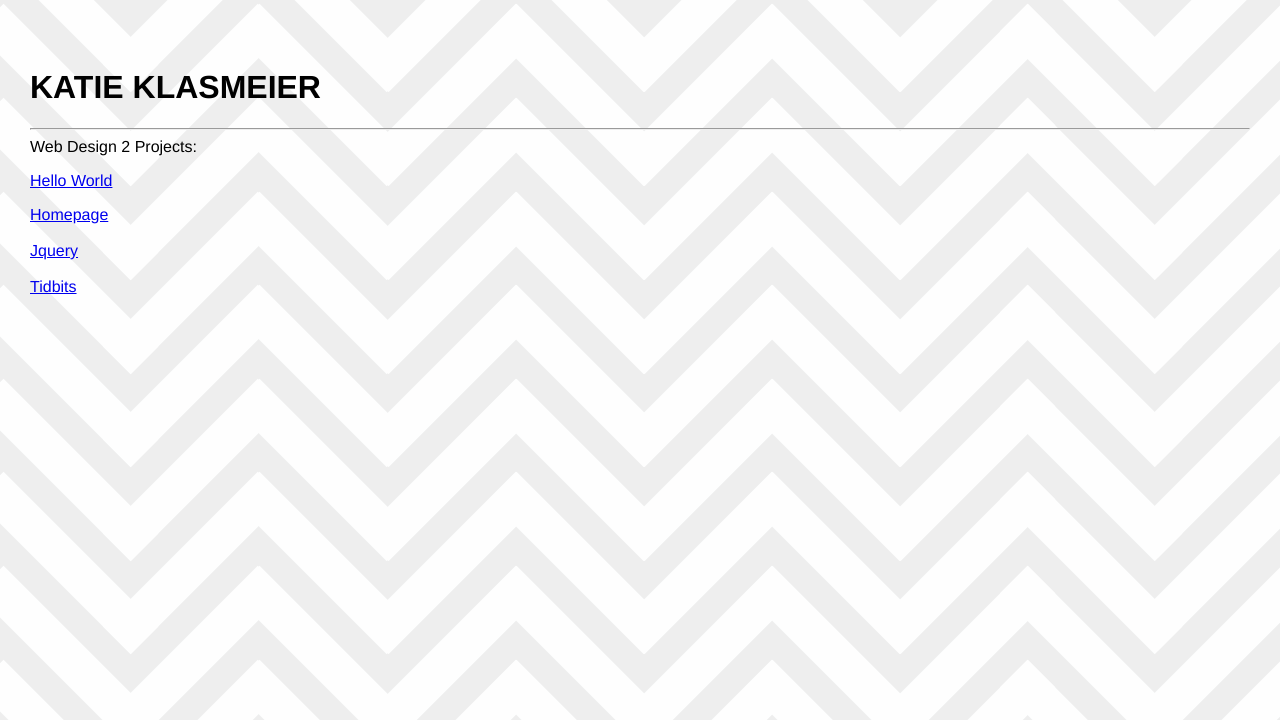
Repository: kklasmei/kklasmei.github.io
Page: index.html
The author's editor kept a record of every edit. The page is drawn from the files as they stood at one moment, then again after the next edit.
The browser window is 1280 px wide. The pictures show the whole page.

Above is the page before.

### index.html
<html>
    <head>
        <link a href="style.css" rel="stylesheet" type="text/css">
        <script type="text/javascript" src="java/java.js"></script>
        <title>Katie Klasmeier</title>
    </head>
    <body>
        <br>
        <h1>KATIE KLASMEIER</h1>
        <hr>
        <p1 class= "helloworld">Web Design 2 Projects:</p1>
        <br>
        <div class= "helloworld">
            <p><a href= "helloworld/helloworld.html">Hello World</a></p></div>
        <div>
            <a href= "classpage/classpage.html">Homepage</a></div>
        <div>
                    <br>

            <a href= "jquery/jindex.html">Jquery</a></div>
        <div>
                    <br>

            <a href= "tidbits/home.html">Tidbits</a></div>
            <div>
        <!--<div>
            <a href= "proj1/helloworld.html">Project 4</a></div> --
        <br>
        <br>
        <img src="img/cheeseburger.jpg" width= 100%> !-->
    </body>


</html>

### style.css
html, body {
    margin:0;
    padding:0;
}

h1 {
    font-family: Helvetica;
}

body {
    background-image: url(classpage/chevron.png);
    margin: 30px;
}

p1 {
    font-family: Helvetica;
}

.column:hover {
background-color: red
}

.column:active {
    background-color:blue;
}

.box {
    width: 200px;
    height: 100px;
    background-color: white;
}

.wrapper {
    width: 300px;
    background-color: white;
}

.column {
    width: 100px;
    background-color: lime;
    float: left;
}

a:link {
    font-family: Helvetica;
}

a:visited {
    color: teal;
}

### java/java.js
var star = "";

for (var myVar = 1; myVar <= 100; myVar++) {
  if (myVar <= 50) {
    star = star + "*";
  } else {
    star = star.slice(0, - 1)
  }
  console.log(star);
}

After the next edit:
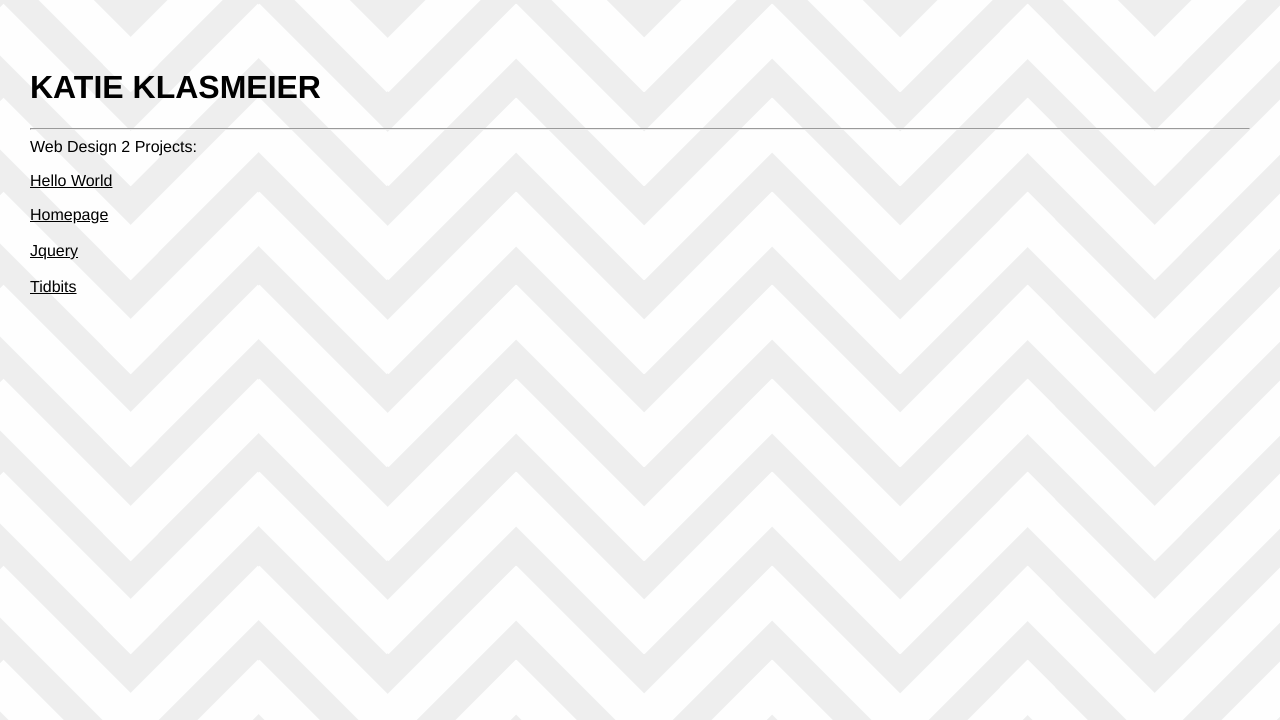
The edit:
--- a/style.css
+++ b/style.css
@@ -43,6 +43,7 @@
 
 a:link {
     font-family: Helvetica;
+    color: black;
 }
 
 a:visited {
